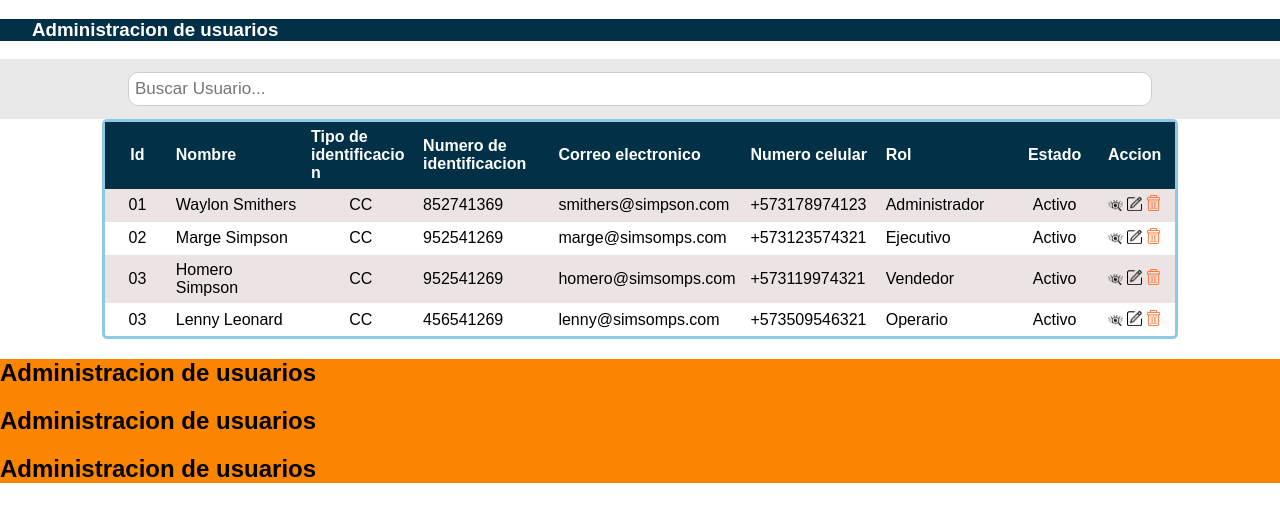
Repository: AlexanderBarona/Proyecto_Ciclo3_Mintic
Page: PaginaWeb/pages/admin_user.html
An editor plug-in stored every save of this project. The page is shown before and after the next save, followed by the edit.
The browser window is 1280 px wide. The pictures show the whole page.

Above is the page before, as saved 2021-09-30 14:50:28.

### PaginaWeb/pages/admin_user.html
<!DOCTYPE html>
<html>

   <head>
      <title>Administracion de Usuarios</title>
      <link href="../css/style.css" rel="stylesheet" type="text/css">
      <link href="../css/admin_user.css" rel="stylesheet" type="text/css">
   </head>
   <body class="admin_user">
      <header>
         <h3>Administracion de usuarios</h3>
      </header>
      <main>
        <div class="TopBar">
            <div class="Search ">
                <input type="text" placeholder="Buscar Usuario...">
            </div>

        </div>

        <div class="table_principal">
            <table class="table_entity">

              <tbody class="table_body" >

                  <tr class="table_header" >

                    <td class="table_cell center">Id</td>
                    <td class="table_cell">Nombre</td>
                    <td class="table_cell">Tipo de identificacion</td>
                    <td class="table_cell">Numero de identificacion</td>
                    <td class="table_cell">Correo electronico</td>
                    <td class="table_cell">Numero celular</td>
                    <td class="table_cell">Rol</td>
                    <td class="table_cell center">Estado</td>
                    <td class="table_cell center">Accion</td>

                  </tr>

                  <tr >
                    <td class="table_cell center">01</td>
                    <td class="table_cell">Waylon Smithers</td>
                    <td class="table_cell center">CC</td>
                    <td class="table_cell">852741369</td>
                    <td class="table_cell">smithers@simpson.com</td>
                    <td class="table_cell">+573178974123</td>
                    <td class="table_cell">Administrador</td>
                    <td class="table_cell center">Activo</td>
                    <td class="table_cell center">
                      <div class="icon_container">
                        <nav>
                          <a href="icon_table">
                            <img class="icon_cell" src="../images/IconRead.ico">
                          </a>
                          <a href="icon_table">
                            <img class="icon_cell" src="../images/IconUpdate.ico">
                          </a>
                          <a href="icon_table">
                            <img class="icon_cell" src="../images/IconDelete.ico">
                          </a>
                        </nav>
                    </div>

                    </td>
                  </tr>

                <tr >
                  <td class="table_cell center">02</td>
                  <td class="table_cell">Marge Simpson</td>
                  <td class="table_cell center">CC</td>
                  <td class="table_cell">952541269</td>
                  <td class="table_cell">marge@simsomps.com</td>
                  <td class="table_cell">+573123574321</td>
                  <td class="table_cell">Ejecutivo</td>
                  <td class="table_cell center">Activo</td>
                  <td class="table_cell center">
                    <div class="icon_container ">
                      <nav>
                        <a href="icon_table">
                          <img class="icon_cell" src="../images/IconRead.ico">
                        </a>
                        <a href="icon_table">
                          <img class="icon_cell" src="../images/IconUpdate.ico">
                        </a>
                        <a href="icon_table">
                          <img class="icon_cell" src="../images/IconDelete.ico">
                        </a>
                      </nav>
                  </div>
                  </td>
                </tr>

                <tr >
                    <td class="table_cell center">03</td>
                    <td class="table_cell">Homero Simpson</td>
                    <td class="table_cell center">CC</td>
                    <td class="table_cell">952541269</td>
                    <td class="table_cell">homero@simsomps.com</td>
                    <td class="table_cell">+573119974321</td>
                    <td class="table_cell">Vendedor</td>
                    <td class="table_cell center">Activo</td>
                    <td class="table_cell center">

                                    <div class="icon_container">
                                        <nav>
                                          <a href="icon_table">
                                            <img class="icon_cell" src="../images/IconRead.ico">
                                          </a>
                                          <a href="icon_table">
                                            <img class="icon_cell" src="../images/IconUpdate.ico">
                                          </a>
                                          <a href="icon_table">
                                            <img class="icon_cell" src="../images/IconDelete.ico">
                                          </a>
                                        </nav>
                                    </div>


                    </td>
                </tr>
                <tr >
                    <td class="table_cell center">03</td>
                    <td class="table_cell">Lenny Leonard</td>
                    <td class="table_cell center">CC</td>
                    <td class="table_cell">456541269</td>
                    <td class="table_cell">lenny@simsomps.com</td>
                    <td class="table_cell">+573509546321</td>
                    <td class="table_cell">Operario</td>
                    <td class="table_cell center">Activo</td>
                    <td class="table_cell center">
                      <div class="icon_container">
                        <nav>
                          <a href="icon_table">
                            <img class="icon_cell" src="../images/IconRead.ico">
                          </a>
                          <a href="icon_table">
                            <img class="icon_cell" src="../images/IconUpdate.ico">
                          </a>
                          <a href="icon_table">
                            <img class="icon_cell" src="../images/IconDelete.ico">
                          </a>
                        </nav>
                    </div>
                    </td>
                </tr>
              </tbody>
            </table>
        </div>
      </main>
      <footer>
        <div>
          <h2>Administracion de usuarios</h2>
          <h2>Administracion de usuarios</h2>
          <h2>Administracion de usuarios</h2>
        </div>
      </footer>
   </body>
</html>

### PaginaWeb/css/style.css
* {
  box-sizing: border-box;
}

body {
  margin: 0;
  font-family: Arial, Helvetica, sans-serif;
}
header {
  background-color: #023047;
  color:  white;
  padding-left:2em ;

}

footer{
  background-color: #FB8500;
}

### PaginaWeb/css/admin_user.css
/* css barra busqueda*/
@media screen and (max-width: 600px) {
  .Search a,
  .Search input[type="text"] {

    display: block;
    text-align: left;
    width: 100%;
    margin: 0 auto;
    padding: 14px;
    align-items: center;
  }
}

.admin_user .Search {
   overflow: hidden;
   background-color: #e9e9e9;
   display: block;
   width: 100%;
   text-align: center;
  }

.Search a {

    display: block;
    color: black;
    text-align: center;
    padding: 14px 16px;
    text-decoration: none;
    font-size: 17px;
  }

  .Search a:hover {
    background-color: #ddd;
    color: black;
  }

  .Search a.active {
    background-color: #9dcaf0;
    color: white;
  }

  .Search input[type="text"] {
    float: center;
    border-radius: 10px;
    border: 1px solid rgb(174, 204, 218);
    padding: 6px;
    margin-top: 1%;
    margin-right: 2%;
    margin-left: 2%;
    margin-bottom: 1%;
    font-size: 17px;
    width: 80%;
  }
  .Search input[type="text"] {
    border: 1px solid #ccc;
  }

 /* css tabla*/

  .table_entity {
    table-layout: fixed;
    width: 84%;
    margin: 0 auto;
    border-collapse: separate;
    border-spacing: 0px;
    border-radius: 5px;
    border: 3px solid #8ECAE6;

  }

  .table_entity td:first-child {
    width: 4em;
  }
  .table_entity td:nth-child(3) {
    width: 7em;
  }
  .table_entity td:nth-child(5) {
    width: 12em;
  }
  .table_entity td:nth-child(8) {
    width: 5em;

  }
  .table_entity td:nth-child(9) {
    width: 5em;
  }




  .table_header {
    background-color: #023047;
    color: #fff;
    font-weight:bold;
  }

  .table_entity tr:nth-child(even) {
  background-color: #ece4e4;
}

.table_entity .center {
  text-align: center;
}
/* css tabla perfiles*/
.table_entity2 {
  table-layout: fixed;
  width: 84%;
  margin: 0 auto;
  border-collapse: separate;
  border-spacing: 0px;
  border-radius: 5px;
  border: 3px solid #8ECAE6;

}

.table_entity2 td:first-child {
  width: 4em;
}

.table_entity2 td:nth-child(2) {
  width: 16em;
}


.table_entity2 td:nth-child(6) {
  width: 4.8em;

}


.table_entity2 tr:nth-child(even) {
background-color: #ece4e4;
}

.table_entity2 .center {
  text-align: center;
}

  th, td {

      word-wrap: break-word;
      padding: 0.4em;
      margin: 0em;
  }
  /* iconos */
  .icon_cell {

    height: 28%;
    width: 22%;
    margin: 0 auto 0 0;


}

.icon_container a , .icon_container a:visited {


  text-decoration: none;

}
/* css checkbox */

.checkbox_container input[type="checkbox"]  {
  content: "";
  width: 2em;
  height: 2em;
  border: 4px solid #bf810f;
  float: left;
  margin: 0 auto 0 0;
  border-right: 0;
  border-top: 0;


}
.checkbox_container input[type="checkbox"]:checked   {
  content: "";
  width: 2.2em;
  height: 2.2em;
  border: 4px solid #bf810f;
  color: #bf810f;
  background-color:#bf810f ;
  float: left;
  margin: 0 auto 0 0;
  border-right: 0;
  border-top: 0;

}

After the next save:
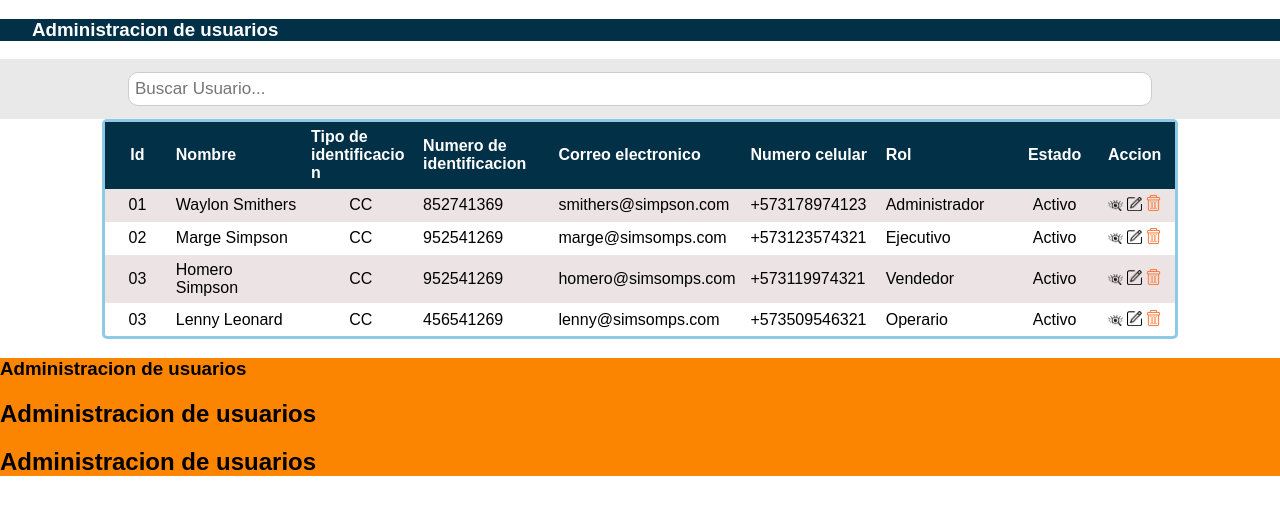
Saved 11 s later.
--- a/PaginaWeb/pages/admin_user.html
+++ b/PaginaWeb/pages/admin_user.html
@@ -149,7 +149,7 @@
       </main>
       <footer>
         <div>
-          <h2>Administracion de usuarios</h2>
+          <h3>Administracion de usuarios</h3>
           <h2>Administracion de usuarios</h2>
           <h2>Administracion de usuarios</h2>
         </div>
